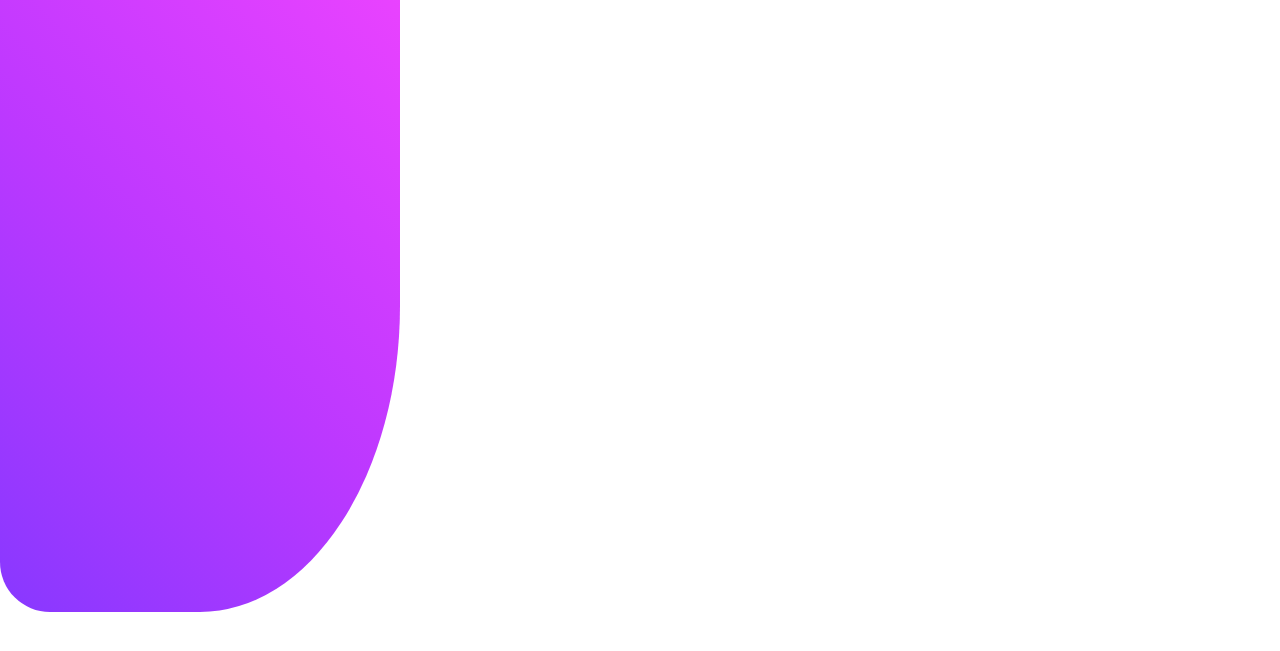
Repository: KamoliddinGIT/chat-app-css-illustration
Page: index.html
An editor plug-in stored every save of this project. The page is shown before and after the next save, followed by the edit.
The browser window is 1280 px wide. The pictures show the whole page.

Above is the page before, as saved 2023-09-25 16:18:38.

After the next save:
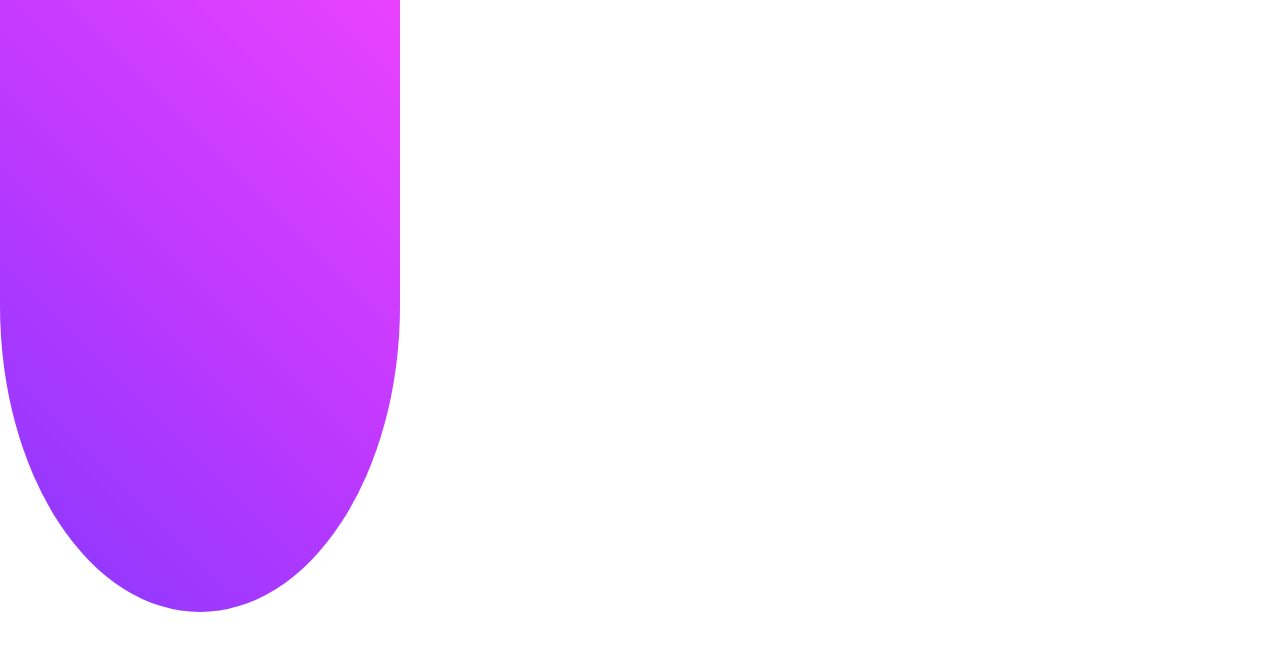
Saved 23 s later.
--- a/css/style.css
+++ b/css/style.css
@@ -25,5 +25,5 @@
     hsl(280deg 100% 61%) 50%,
     hsl(293deg 100% 63%) 100%
   );
-  border-radius: 0 0 50% 50px;
+  border-radius: 0 0 50% 50%;
 }
